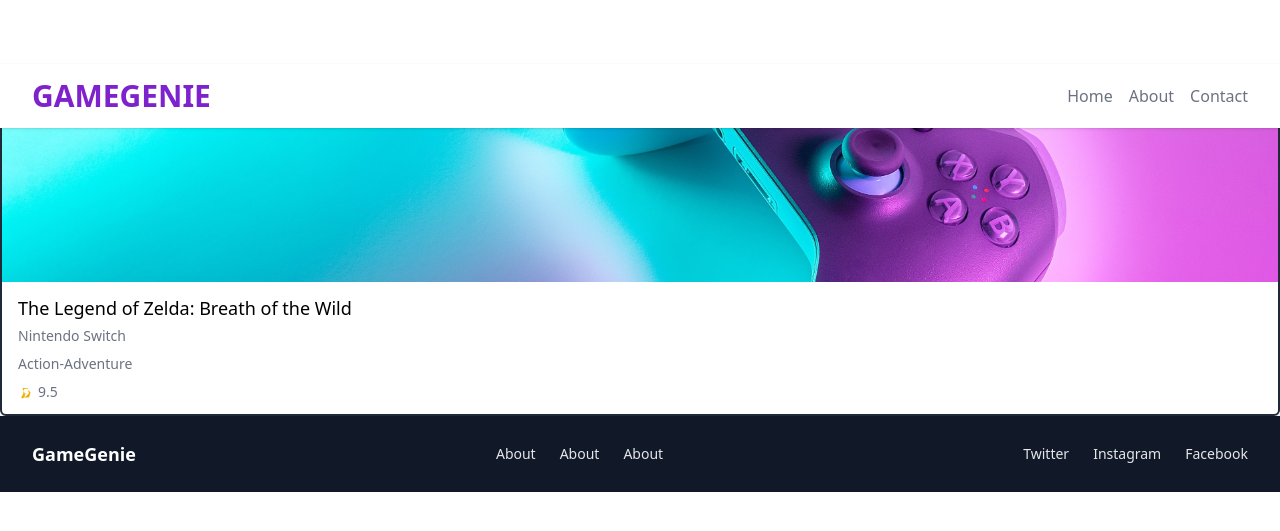
Repository: mfaeezshabbir/Gamegenie
Page: /signup
The author's editor kept a copy of each file at every save. The page is drawn from the files as they stood at one save, then again after a run of saves.
The browser window is 1280 px wide. The pictures show the whole page.
The project was rebuilt for these pictures with package versions that can differ from the ones it lists, and the page was loaded fresh each time. The framework's server and built-in components were replaced by stand-ins that run in the browser. Also part of the build but not shown: next.config.js.

Above is the page before, as saved 2023-04-16 15:33:56.

### pages/_app.js
import Footer from "@/components/Footer/Footer";
import Header from "@/components/Header/Header";
import "@/styles/globals.css";

export default function App({ Component, pageProps }) {
  return (
    <>
      <Header />
      <div className="mt-16 ">
        <Component {...pageProps} />
      </div>
      <Footer />
    </>
  );
}

### pages/signup.jsx
import GameCard from '@/components/GameCard/GameCard'
import gameImage3 from '../public/images/game-image-3.jpg';

function signup() {
  return (
    <div>
      Signup
      <GameCard
        title="The Legend of Zelda: Breath of the Wild"
        imageSrc= {gameImage3}
        platform="Nintendo Switch"
        genre="Action-Adventure"
        rating="9.5"
      />

    </div>
  )
}

export default signup

### components/Footer/Footer.jsx
import Link from 'next/link';

function Footer() {
  return (
    <footer className="bg-gray-900 text-gray-200 py-6 w-full">
      <div className="max-w-7xl mx-auto px-4 sm:px-6 lg:px-8 flex flex-wrap justify-between items-center">
        <div className="w-full sm:w-auto mb-4 sm:mb-0">
          <Link href="/" className="text-lg font-bold text-white hover:text-gray-400 transition-colors duration-300">
            GameGenie
          </Link>
        </div>
        <div className="w-full sm:w-auto text-sm">
          <ul className="flex flex-wrap gap-6">
            <li>
              <Link href="/about" className="hover:text-gray-400 transition-colors duration-300">
                About
              </Link>
            </li>
            <li>
              <Link href="/about" className="hover:text-gray-400 transition-colors duration-300">
                About
              </Link>
            </li>
            <li>
              <Link href="/about" className="hover:text-gray-400 transition-colors duration-300">
                About
              </Link>
            </li>
          </ul>
        </div>
        <div className="w-full sm:w-auto text-sm">
          <ul className="flex flex-wrap gap-6">
            <li>
              <a href="https://twitter.com/GameGenie" target="_blank" rel="noopener noreferrer" className="hover:text-gray-400 transition-colors duration-300">
                Twitter
              </a>
            </li>
            <li>
              <a href="https://www.instagram.com/GameGenie" target="_blank" rel="noopener noreferrer" className="hover:text-gray-400 transition-colors duration-300">
                Instagram
              </a>
            </li>
            <li>
              <a href="https://www.facebook.com/GameGenie" target="_blank" rel="noopener noreferrer" className="hover:text-gray-400 transition-colors duration-300">
                Facebook
              </a>
            </li>
          </ul>
        </div>
      </div>
    </footer>
  );
}

export default Footer;

### components/Header/Header.jsx
import React, { useState } from 'react';
import Link from 'next/link';

function Header() {
    const [isMenuOpen, setIsMenuOpen] = useState(false);

    function toggleMenu() {
        setIsMenuOpen(!isMenuOpen);
    }

    function NavItem(props) {
        return (
            <Link href={props.href}>
                <div className="text-gray-500 hover:text-gray-900">{props.children}</div>
            </Link>
        );
    }


    function MobileMenu() {
        const links = [
            { href: '/', text: 'Home' },
            { href: '/about', text: 'About' },
            { href: '/profile', text: 'Contact' },
        ];

        return (
            <div className={`${isMenuOpen ? 'block' : 'hidden'} md:hidden`} id="mobile-menu">
                <div className="px-2 pt-2 pb-3 space-y-1 sm:px-3">
                    {links.map((link) => (
                        <NavItem key={link.href} href={link.href}>
                            {link.text}
                        </NavItem>
                    ))}
                </div>
            </div>
        );
    }

    return (
        <header className="bg-white shadow fixed w-full z-10  ">
            <div className="max-w-7xl mx-auto px-4 sm:px-6 lg:px-8">
                <nav className="flex justify-between items-center h-16">
                    <div className="flex-shrink-0 text-3xl text-purple-700 uppercase font-bold">
                        <Link href="/">
                            {/* <Logo className="h-6 w-6" alt="GameGenie logo" /> */}
                            Gamegenie
                        </Link>
                    </div>
                    <div className="hidden md:block">
                        <div className="ml-10 flex items-baseline space-x-4">
                            <NavItem href="/">Home</NavItem>
                            <NavItem href="/signup">About</NavItem>
                            <NavItem href="/profile">Contact</NavItem>
                        </div>
                    </div>
                    <div className="-mr-2 flex md:hidden">
                        <button
                            type="button"
                            onClick={toggleMenu}
                            className="inline-flex items-center justify-center p-2 rounded-md text-gray-400 hover:text-gray-500 hover:bg-gray-100 focus:outline-none focus:ring-2 focus:ring-offset-2 focus:ring-offset-gray-100 focus:ring-indigo-500"
                            aria-controls="mobile-menu"
                            aria-expanded="false"
                        >
                            <span className="sr-only">Open main menu</span>
                            <svg
                                className={`${isMenuOpen ? 'hidden' : 'block'} h-6 w-6`}
                                xmlns="http://www.w3.org/2000/svg"
                                fill="none"
                                viewBox="0 0 24 24"
                                stroke="currentColor"
                                aria-hidden="true"
                            >
                                <path strokeLinecap="round" strokeLinejoin="round" strokeWidth="2" d="M4 6h16M4 12h16M4 18h16" />
                            </svg>
                            <svg
                                className={`${isMenuOpen ? 'block' : 'hidden'} h-6 w-6`}
                                xmlns="http://www.w3.org/2000/svg"
                                fill="none"
                                viewBox="0 0 24 24"
                                stroke="currentColor"
                                aria-hidden="true"
                            >
                                <path strokeLinecap="round" strokeLinejoin="round" strokeWidth="2" d="M6 18L18 6M6 6l12 12" />
                            </svg>
                        </button>
                    </div>
                </nav>
            </div>
            <MobileMenu />
        </header>
    );
}

export default Header;

### styles/globals.css
@tailwind base;
@tailwind components;
@tailwind utilities;

:root::-webkit-scrollbar{
    display: none;
}

### components/GameCard/GameCard.jsx
import Image from "next/image";

const GameCard = ({ title, imageSrc, platform, genre, rating }) => {
  return (
    <div className="border-2 border-gray-800 rounded-md overflow-hidden shadow-md">
      <div className="relative h-48">
        <Image
          src={imageSrc}
          alt={title}
          layout="fill"
          objectFit="cover"
        />
      </div>
      <div className="px-4 py-3">
        <h3 className="font-medium text-lg mb-1">{title}</h3>
        <p className="text-gray-500 text-sm mb-2">{platform}</p>
        <p className="text-gray-500 text-sm mb-2">{genre}</p>
        <div className="flex items-center">
          <svg
            xmlns="http://www.w3.org/2000/svg"
            viewBox="0 0 20 20"
            fill="currentColor"
            className="w-4 h-4 text-yellow-500 mr-1"
          >
            <path
              fillRule="evenodd"
              d="M10 15.585l-4.146 2.146a1 1 0 01-1.32-.083l-.094-.104a1 1 0 01-.083-1.32l2.146-4.146a1 1 0 011.32-.083l.094.104.094-.104a1 1 0 01.083-1.32l-2.146-4.146a1 1 0 01.83-1.497l.165.001h4.293a1 1 0 01.975.757l1.317 5.268a1 1 0 01-.258.897l-3.585 3.585a1 1 0 01-.724.299 1 1 0 01-.697-.318zm-1.5-1.159a1 1 0 01.235-.974l3.585-3.585a1 1 0 01.158-1.269l-.094-.104-.094.104a1 1 0 01-.158 1.269L10.707 12H6.414l1.317-5.268a1 1 0 01.976-.757H11a1 1 0 01.697.318l3.585 3.585a1 1 0 01.258.897l-1.317 5.268a1 1 0 01-.975.757h-4.293a1 1 0 01-.165-.001l-.165-.024z"
              clipRule="evenodd"
            />
          </svg>
          <p className="text-gray-500 text-sm">{rating}</p>
        </div>
      </div>
    </div>
  );
};

export default GameCard;

Loaded but not shown: pages/_document.js (common file); tailwind.config.js (common file)

After the next 2 saves:
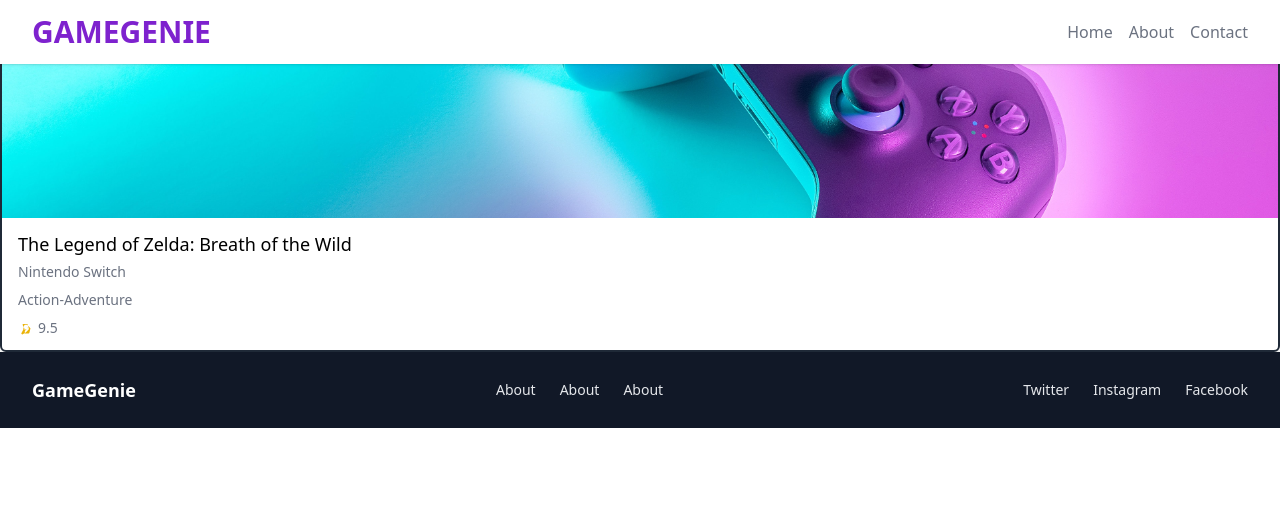
The 2 saves are shown as one change because they came seconds apart.
The last was saved 7 s later.
--- a/pages/_app.js
+++ b/pages/_app.js
@@ -6,7 +6,7 @@
   return (
     <>
       <Header />
-      <div className="mt-16 ">
+      <div className="">
         <Component {...pageProps} />
       </div>
       <Footer />
